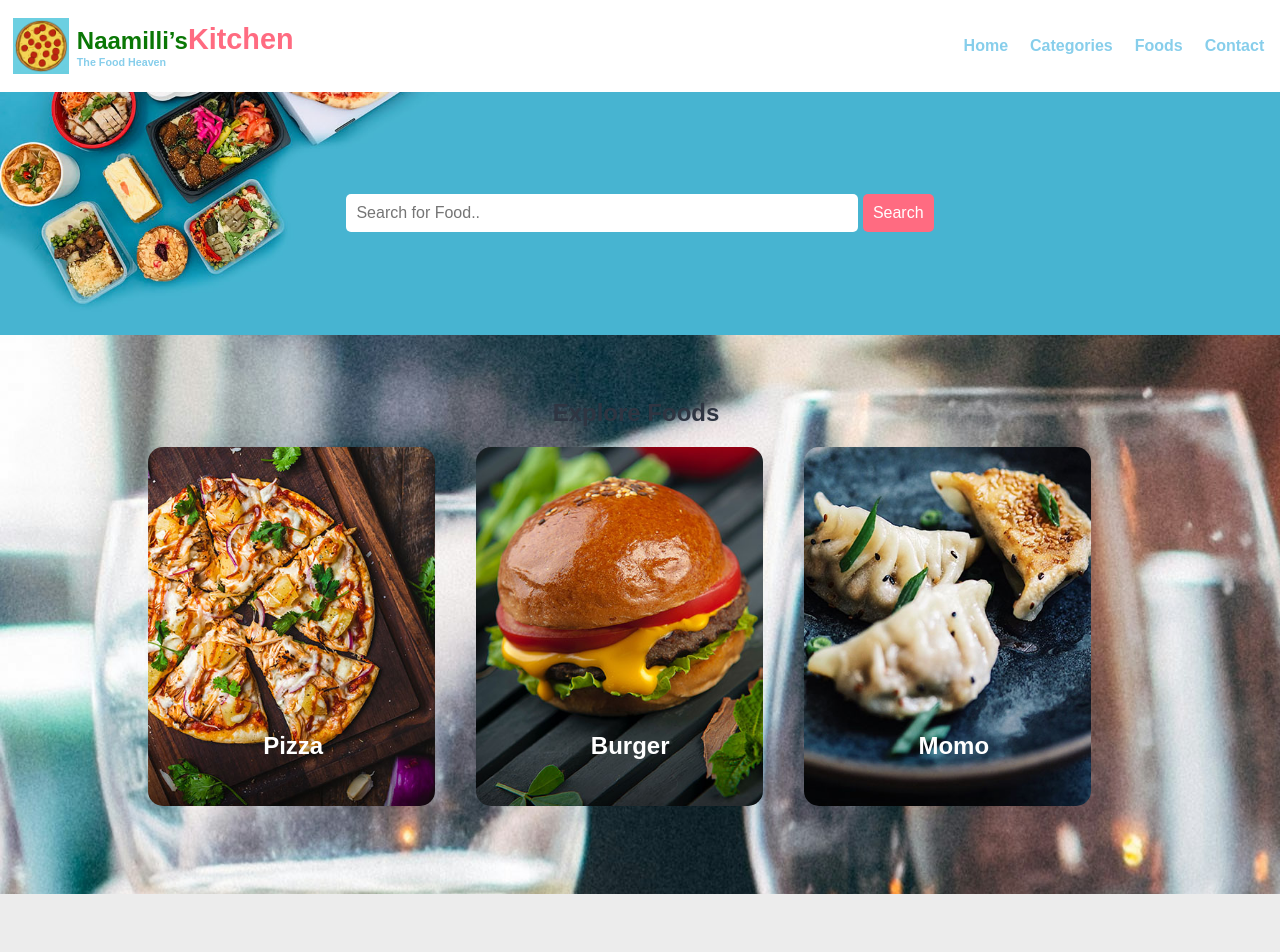
Repository: Saviour-Dagadu/Naamilli
Page: index.html
The author's editor kept a copy of each file at every save. The page is drawn from the files as they stood at one save, then again after the next save.
The browser window is 1280 px wide. The pictures show the part of the page from y = 0 to 952 px (the page is 2117 px tall).
A picture or video elsewhere on the page could not be fetched, so the positions and the page height are approximate.

Above is the page before, as saved 2024-12-03 17:57:15.

After the next save:
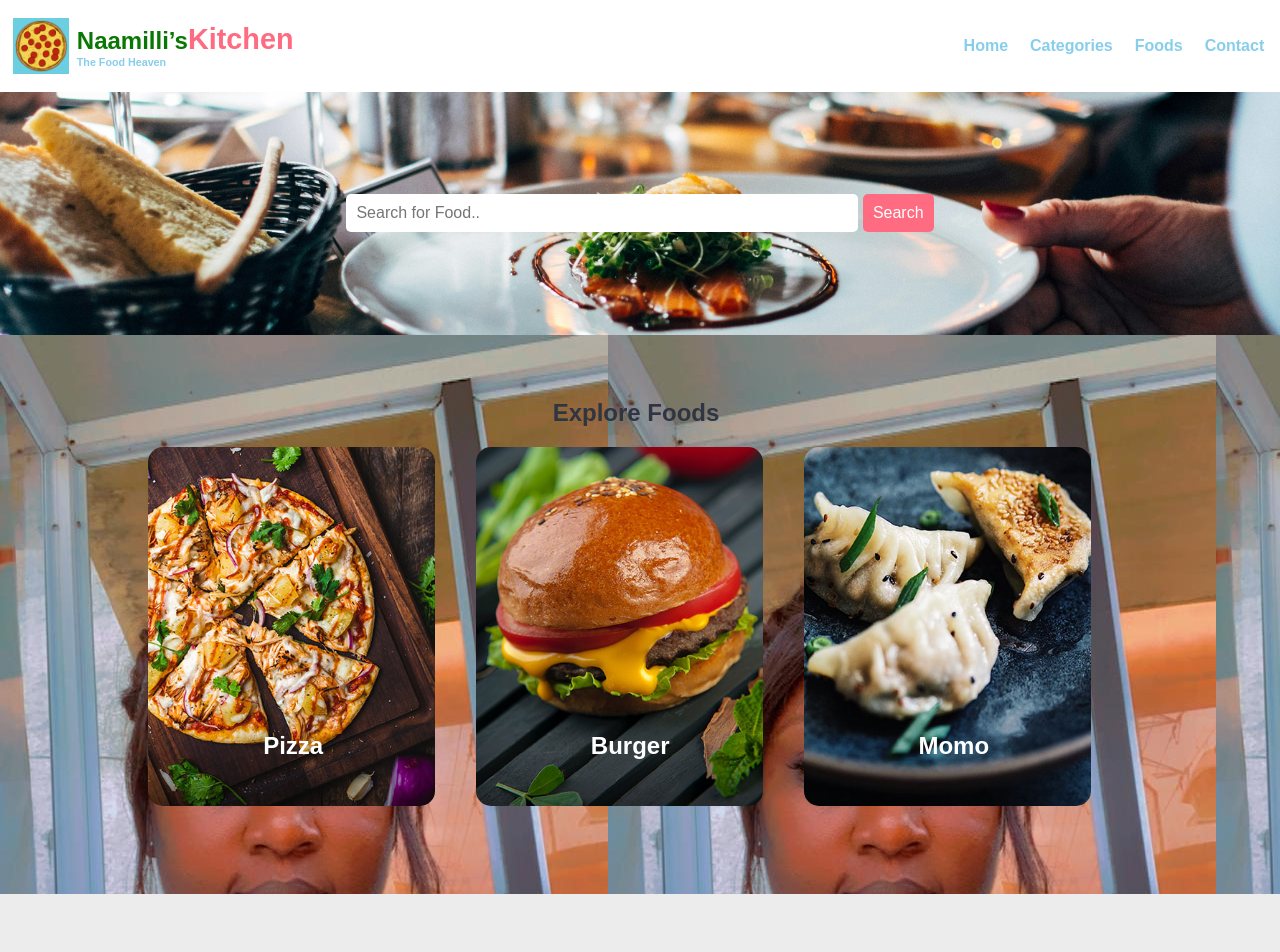
Saved 4 min 47 s later.
--- a/css/style.css
+++ b/css/style.css
@@ -127,7 +127,7 @@ fieldset{
 /* CSS for Food SEarch Section */
 
 .food-search{
-    background-image: url(../images/bg.jpg);
+    background-image: url(../images/jay-wennington-N_Y88TWmGwA-unsplash.jpg);
     background-size: cover;
     background-repeat: no-repeat;
     background-position: center;
@@ -146,7 +146,7 @@ fieldset{
 /* CSS for Categories */
 .categories{
     padding: 4% 0;
-    background-image: url(../images/jay-wennington-N_Y88TWmGwA-unsplash.jpg);
+    background-image: url(../images/Naamilli.jpg);
 }
 
 .box-3{
